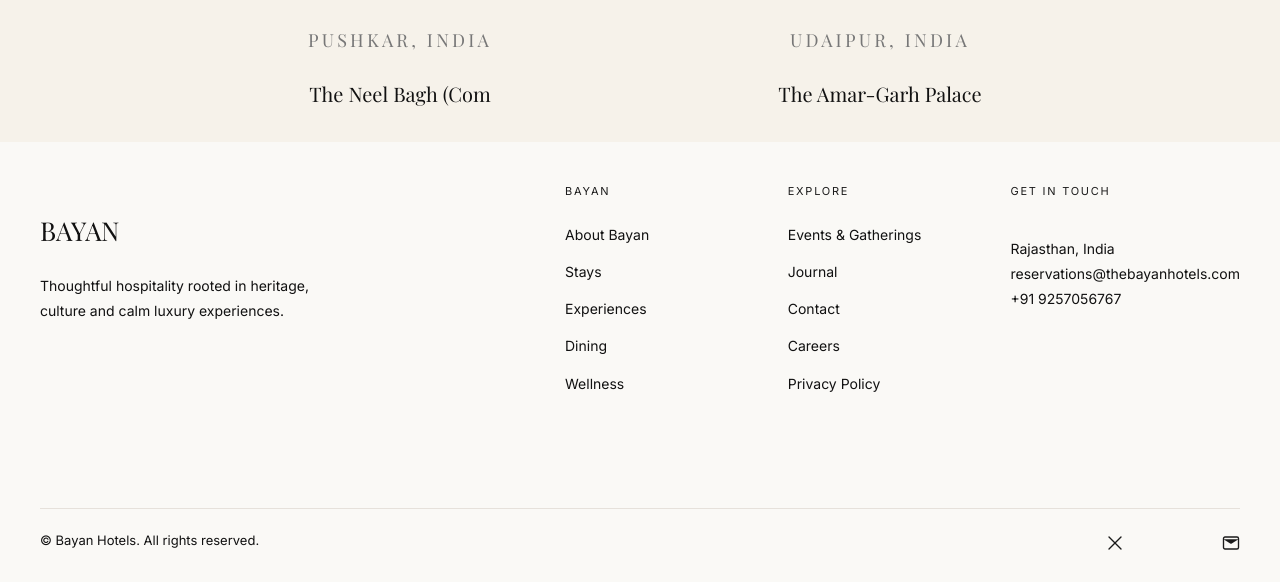
Repository: Arpitpawa/bayan-website
Page: properties/jaibagh-palace.html
These files come from the project's save history. The page is drawn as it stood at one moment and after the next save; the edit follows.
The browser window is 1280 px wide. The pictures show the part of the page from y = 4974 to 5556 px (the page is 5556 px tall).
A picture or video elsewhere on the page could not be fetched, so the positions and the page height are approximate.

Above is the page before, as saved 2026-02-28 11:58:17.
Console error: TypeError: Cannot set properties of null (setting 'onclick')

After the next save:
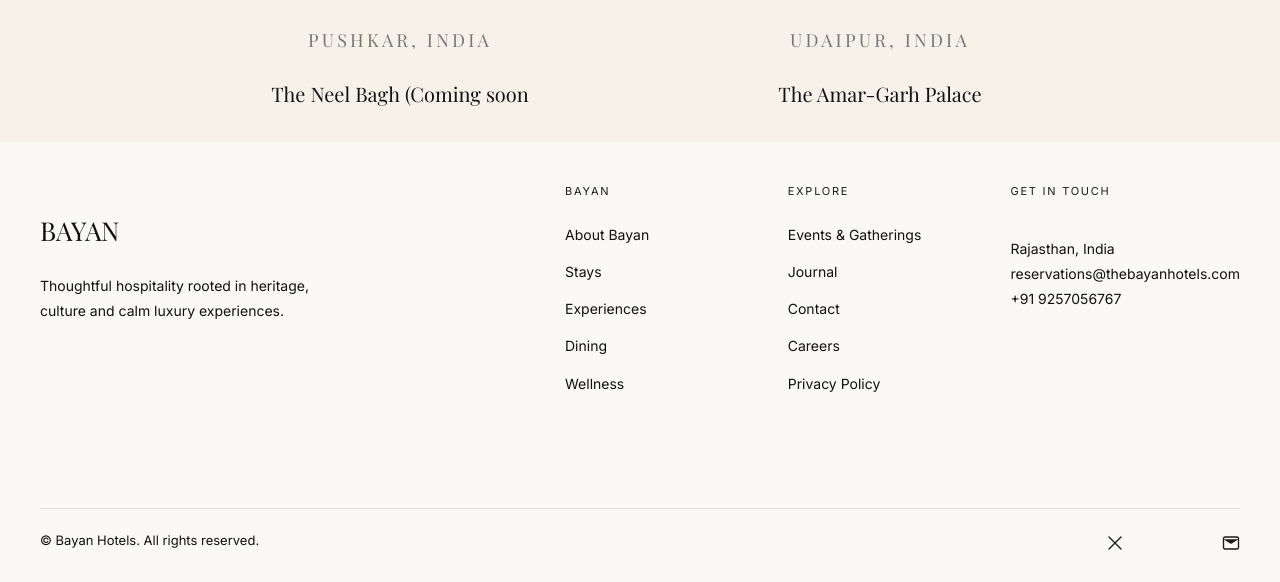
Saved 4 s later.
--- a/properties/jaibagh-palace.html
+++ b/properties/jaibagh-palace.html
@@ -540,7 +540,7 @@
       <a class="nearby-item" href="">
         <img src="../assets/images/neelbagh.png" alt="">
         <span class="resort-location">PUSHKAR, INDIA</span>
-        <h3 class="resort-name">The Neel Bagh (Com</h3>
+        <h3 class="resort-name">The Neel Bagh (Coming soon</h3>
       </a>
 
       <a class="nearby-item" href="the-amargarh-palace.html">
